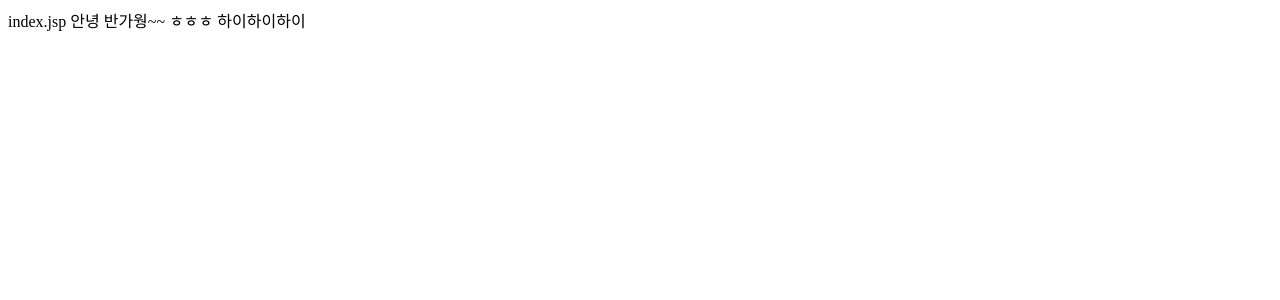
Repository: 621hjmit/workspace
Page: http://localhost/ooing/
An editor plug-in stored every save of this project. The page is shown before and after the next save, followed by the edit.
The browser window is 1280 px wide. The pictures show the whole page.
The page is served by Tomcat 9.

Above is the page before, as saved 2024-08-27 08:22:34.

### ooing/src/main/webapp/index.jsp
<%@ page language="java" contentType="text/html; charset=UTF-8"
    pageEncoding="UTF-8"%>
<!DOCTYPE html>
<html>
<head>
<meta charset="UTF-8">
<title>Insert title here</title>
</head>
<body>
index.jsp 안녕 반가웡~~ ㅎㅎㅎ 하이하이하이
</body>
</html>

After the next save:
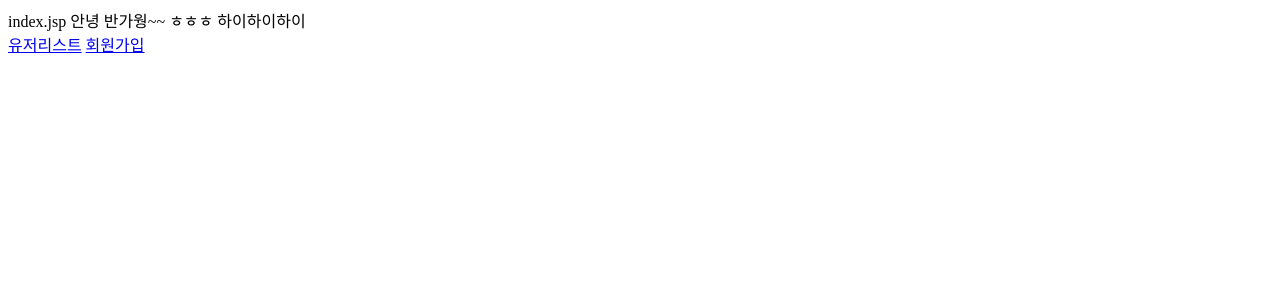
Saved 87 s later.
--- a/ooing/src/main/webapp/index.jsp
+++ b/ooing/src/main/webapp/index.jsp
@@ -7,6 +7,8 @@
 <title>Insert title here</title>
 </head>
 <body>
-index.jsp 안녕 반가웡~~ ㅎㅎㅎ 하이하이하이
+index.jsp 안녕 반가웡~~ ㅎㅎㅎ 하이하이하이<br>
+<a href="/user/list.jsp">유저리스트</a>
+<a href="/user/insert.jsp">회원가입</a>
 </body>
 </html>
